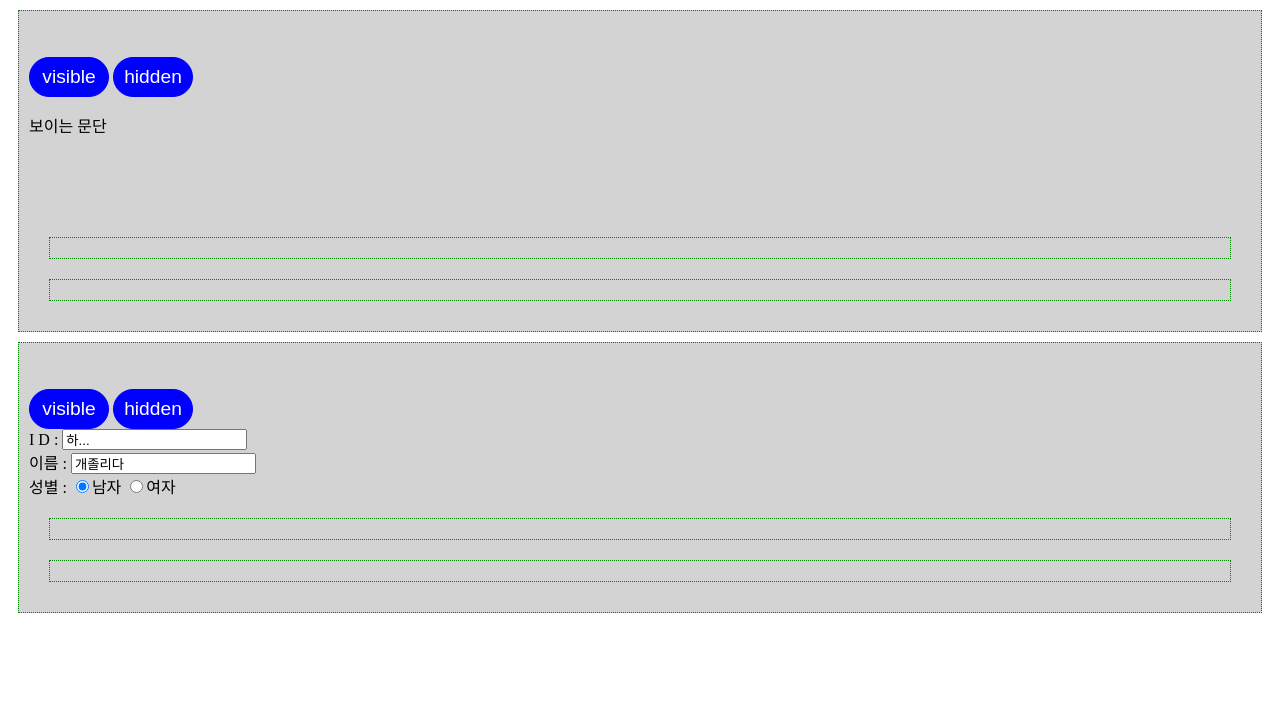
Repository: JJaeHwan/HTML
Page: jquerypro/WebContent/0112/Visibility필터.html
These files come from the project's save history. The page is drawn as it stood at one moment and after the next save; the edit follows.
The browser window is 1280 px wide. The pictures show the whole page.
After loading, the first visible `#btn3` was clicked once.

Above is the page before, as saved 2023-01-12 07:08:39.
Console error: ReferenceError: text is not defined

### jquerypro/WebContent/0112/Visibility필터.html
<!DOCTYPE html>
<html>
<head>
<meta charset="UTF-8">
<title>Insert title here</title>
<link rel="stylesheet" href="../css/public.css">
<script src="../js/jquery-3.6.3.min.js" type="text/javascript"></script>

<script type="text/javascript">

$(function() {
	$('#btn1').on('click', function() {
		str="";
		$('p:visible').each(function() {
			str += $(this).text() + "<br>";
		})

		// 출력
		$('#visible').html(str);
	})

	$('#btn2').on('click', function() {
		str = "";
		$('p:hidden').each(function() {
			str += $(this).text() + "<br>";
		})

		$('#hidden').html(str);

	})

	$('#btn3').on('click',() => {

		str="*****visible객체*****<br>";

		$('#testForm *:visible').each(function() {

			// 태그이름을 비교 - tagName
// 			alert(this.tagName)
			if(this.tagName == "INPUT"){
			str += this.tagName +" : " + $(this).attr('name');
				$(this).val()
			}else if(this.tagName != "BR"){
				text()
			}

		})
	})
})


</script>

</head>
<body>


<div class="box">
	<br><br>
	<input type="button" value="visible" id="btn1">
	<input type="button" value="hidden" id="btn2">
	<br>

		<p> 보이는 문단</p>
	  	<p style="visibility:hidden;">숨겨진 문단</p>
	  	<p style="display:none;"> 자리를 차지 하지 못한 문단 </p>
	  	<p style="opacity:0;"> 투명한 문단</p>


	<div id="visible"></div>
	<div id="hidden"></div>
</div>

<div class="box">
	<br><br>
	<input type="button" value="visible" id="btn3">
	<input type="button" value="hidden" id="btn4">
	<br>
	<form id="testForm">
		<input type="hidden" name="userAge" value="33">
		<input type="hidden" name="userCity" value="대전">
		I D : <input type="text" name="userID" value="하...">
		<span style="display:none">ID가 중복됩니다. </span> <br>
		이름 : <input type="text" name="userName" value="개졸리다">
		<span style="visibility:hidden">이름을 입력하세요</span><br>
		성별 : <input type="radio" name="sung" value="남" checked>남자
		<input type="radio" name="sung" value="여">여자
	</form>

	<div id="fvisible"></div>
	<div id="fhidden"></div>
</div>
</body>
</html>

### jquerypro/WebContent/css/public.css
@charset "UTF-8";

pre{

	font-size: 1.5em;
	border: 5px double blue;
	border-left : none;
	border-right: none;
	padding: 10px;
	background-color: skyblue;

}

  .box{
  	margin: 10px;
  	padding: 10px;
  	border: 1px dotted green;
  	background-color: lightgray;

  }
  .box div{
  	/* height: 100px; */
  	padding: 10px;
  	margin: 20px;
  	border: 1px dotted green;
  }
  input[type=button]{
  	width: 80px;
  	height: 40px;
  	background: blue;
  	color: white;
  	font-size: 1.2em;
  	border-radius: 20px;
  	border : 1px solid blue;
  }

Loaded but not shown: jquerypro/WebContent/js/jquery-3.6.3.min.js (library)

After the next save:
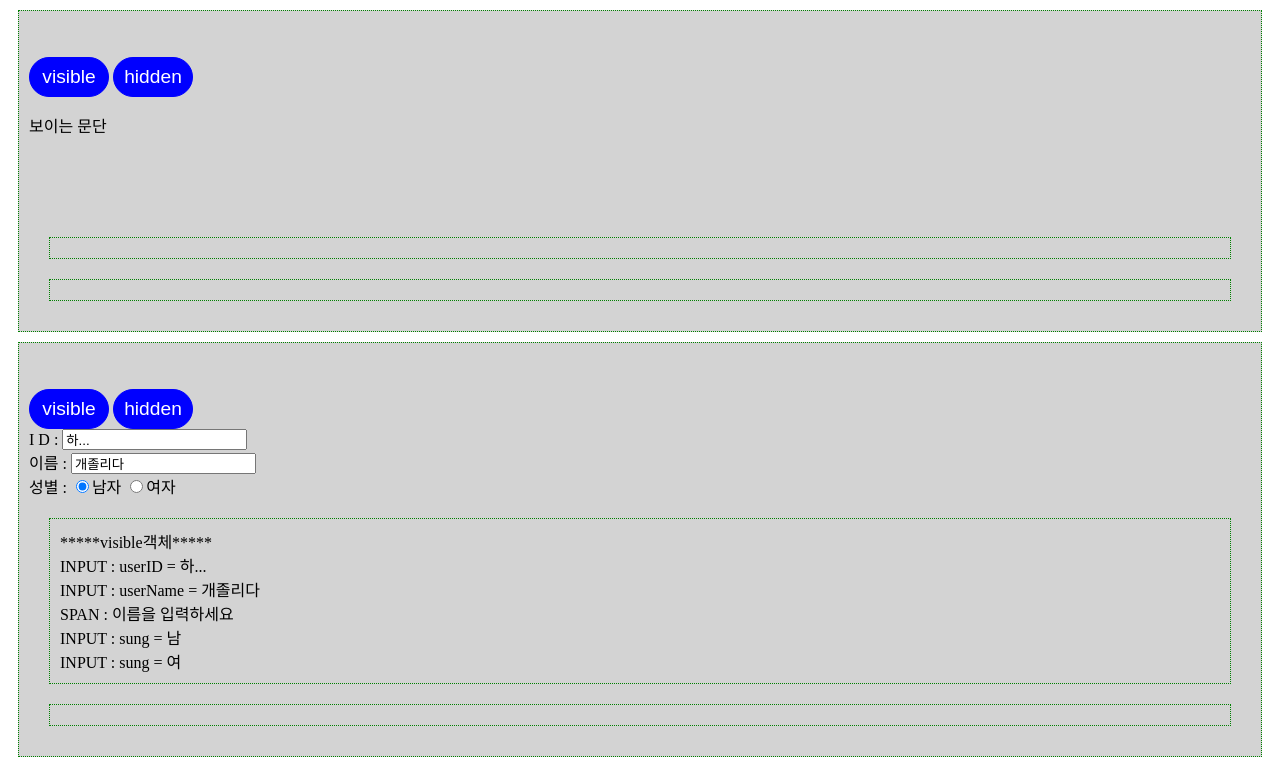
The error is gone.
Saved 3 min 38 s later.
--- a/jquerypro/WebContent/0112/Visibility필터.html
+++ b/jquerypro/WebContent/0112/Visibility필터.html
@@ -39,12 +39,14 @@ $(function() {
 // 			alert(this.tagName)
 			if(this.tagName == "INPUT"){
 			str += this.tagName +" : " + $(this).attr('name');
-				$(this).val()
+				str += " = " + $(this).val() + "<br>"
 			}else if(this.tagName != "BR"){
-				text()
+				str += this.tagName + " : " +  $(this).text() + "<br>"
 			}
 
 		})
+		$('#fvisible').html(str);
+
 	})
 })
 
